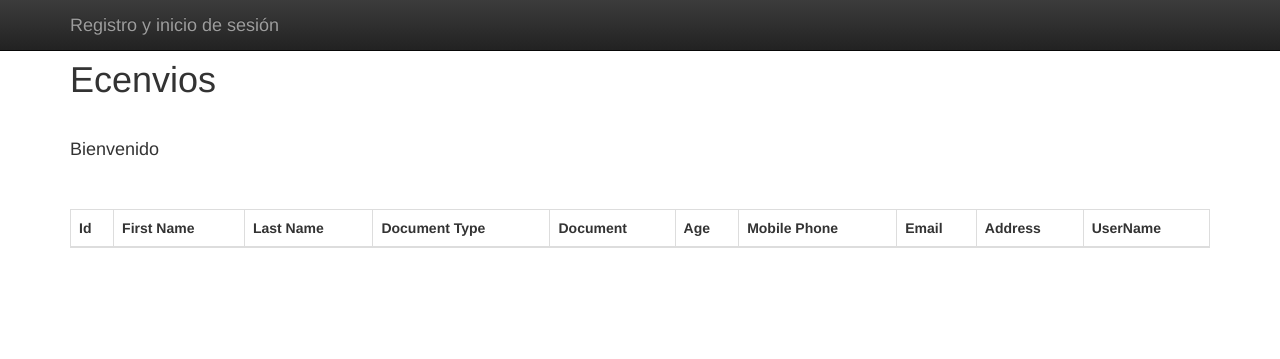
Repository: BolivarCaro/ecenviosweb
Page: http://localhost/index
An editor plug-in stored every save of this project. The page is shown before and after the next save, followed by the edit.
The browser window is 1280 px wide. The pictures show the whole page.
The page is this project's Thymeleaf template; nobody is signed in. The template is opened directly, without the code that normally fills it, so the values that code supplies are empty.

Above is the page before, as saved 2024-07-14 14:50:06.
Console error (its wording comes from the project's code and is left out).

After the next save:
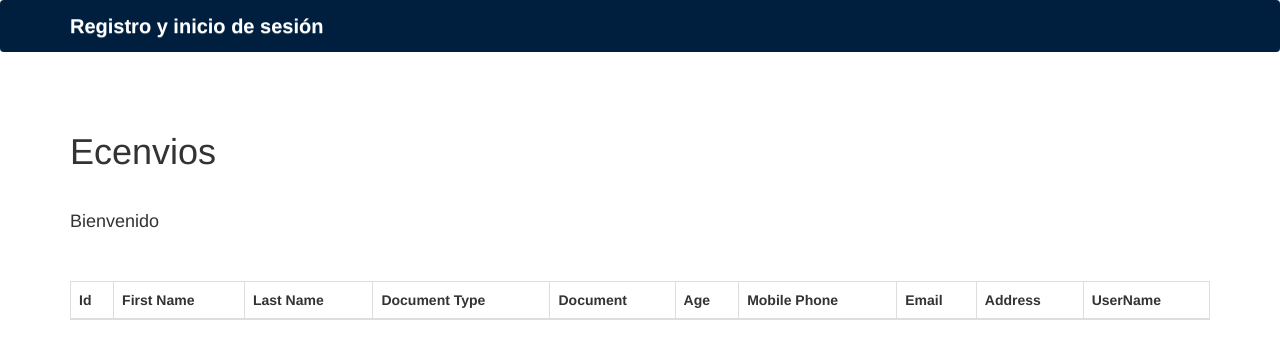
Saved 107 s later.
--- a/sprindbootecenvios/src/main/resources/templates/index.html
+++ b/sprindbootecenvios/src/main/resources/templates/index.html
@@ -19,26 +19,21 @@
 <body>
 
 
-	<nav class="navbar navbar-inverse navbar-fixed-top">
-		<div class="container">
-			<div class="navbar-header">
-				<button type="button" class="navbar-toggle collapsed"
-					data-toggle="collapse" data-target="#navbar" aria-expanded="false"
-					aria-controls="navbar">
-					<span class="sr-only">Toggle navigation</span> <span
-						class="icon-bar"></span> <span class="icon-bar"></span> <span
-						class="icon-bar"></span>
-				</button>
-				<a class="navbar-brand" href="#" th:href="@{/}">Registro y
-					inicio de sesión</a>
-			</div>
-			<div id="navbar" class="collapse navbar-collapse">
-				<ul class="nav navbar-nav">
-					<li sec:authorize="isAuthenticated()"><a th:href="@{/logout}">Cerrar
-							sesión</a></li>
-				</ul>
-			</div>
-		</div>
+	<nav class="navbar" style="background-color: #001F3F;">
+	    <div class="container">
+	        <div class="navbar-header">
+	            <a class="navbar-brand" href="#" th:href="@{/}" style="color: white; font-weight: bold; font-size: 20px;">
+	                Registro y inicio de sesión
+	            </a>
+	        </div>
+	        <div id="navbar" class="collapse navbar-collapse">
+	            <ul class="nav navbar-nav navbar-right">
+	                <li sec:authorize="isAuthenticated()">
+	                    <a th:href="@{/logout}" style="color: white;">Cerrar sesión</a>
+	                </li>
+	            </ul>
+	        </div>
+	    </div>
 	</nav>
 
 	<br>
